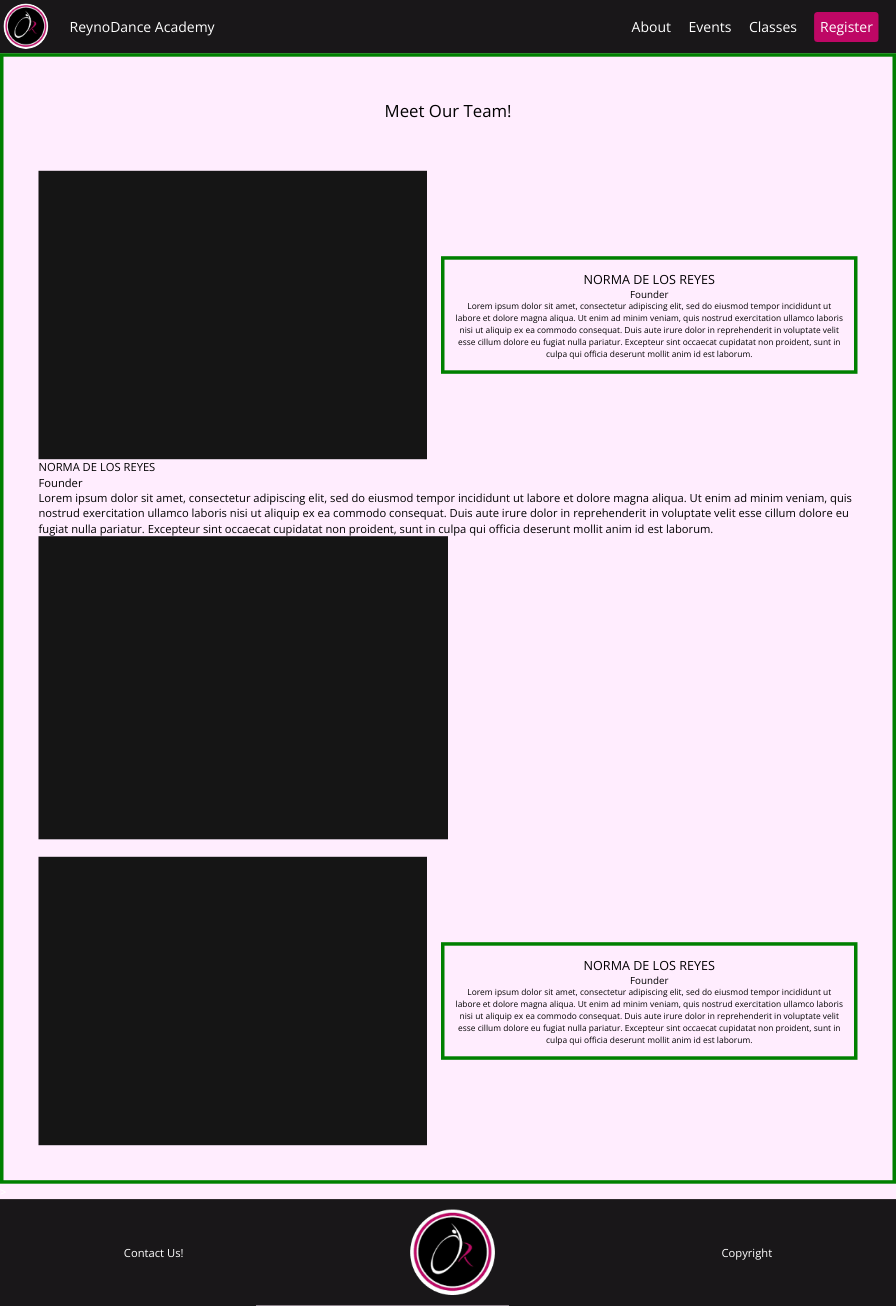
Repository: andreaelpz/reynodance-academy
Page: /about
The author's editor kept a copy of each file at every save. The page is drawn from the files as they stood at one save, then again after the next save.
The browser window is 1280 px wide. The pictures show the whole page, at 70% of full size.
The project was rebuilt for these pictures with package versions that can differ from the ones it lists, and the page was loaded fresh each time. Also part of the build but not shown: angular.json, src/app/classes/classes.component.ts, src/app/events/events.component.ts, src/app/sign-in/sign-in.component.ts, src/app/dashboard/dashboard.component.ts, src/app/home/home.component.ts, src/app/user/register/register.component.ts, src/app/login/login.component.ts.

Above is the page before, as saved 2024-11-18 21:09:00.

After the next save:
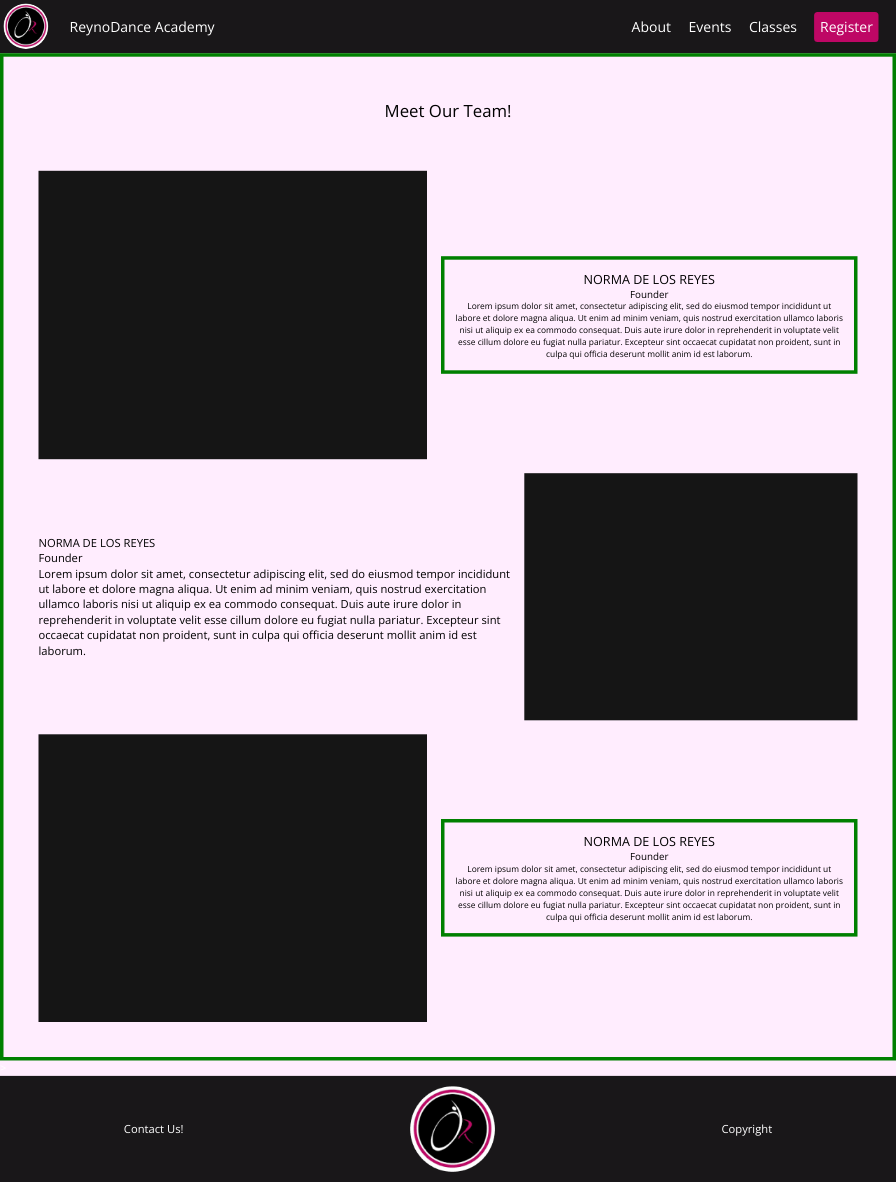
Saved 5 s later.
--- a/src/app/about/about.component.css
+++ b/src/app/about/about.component.css
@@ -46,7 +46,7 @@
   font-size: 12px;
 }
 
-.norma{
+.marcela{
   display:flex;
   justify-content: space-between;
   align-items: center;
